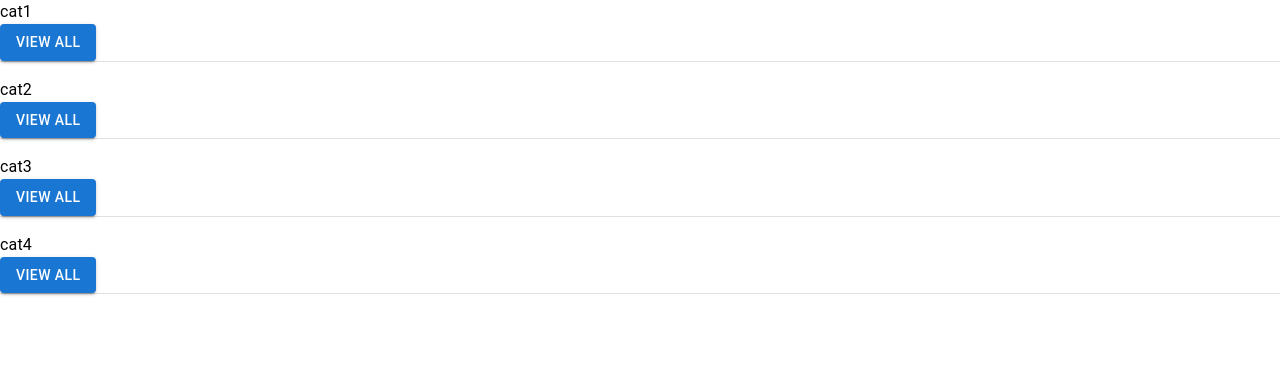
Repository: robin-fareye/reactjs-frontend-flipzone
Page: /
The author's editor kept a copy of each file at every save. The page is drawn from the files as they stood at one save, then again after a run of saves.
The browser window is 1280 px wide. The pictures show the whole page.
The project was rebuilt for these pictures with package versions that can differ from the ones it lists, and the page was loaded fresh each time. Also part of the build but not shown: src/App.css, src/component/auth/Login.css, src/api/Login.js, src/component/auth/Login.js, src/component/category/Category.css, src/component/category/Category.js, src/component/header/Header.css, src/component/header/Header.js and 7 more.

Above is the page before, as saved 2022-11-14 16:20:19.

After the next 2 saves:
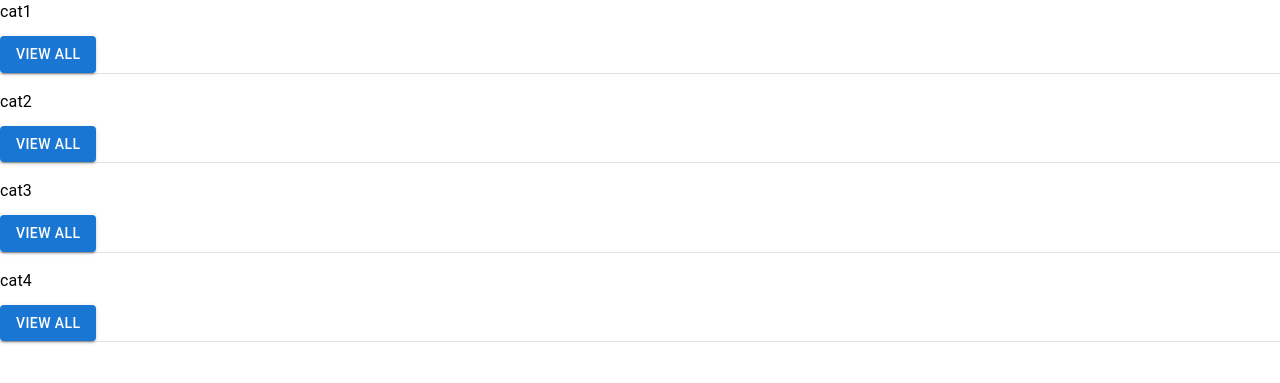
The 2 saves are shown as one change because they came seconds apart.
The last was saved 18 s later.
--- a/src/component/helper/Slide.js
+++ b/src/component/helper/Slide.js
@@ -1,6 +1,7 @@
 import React from 'react';
 import { Box, Typography, Button, Divider, makeStyles } from '@mui/material';
 import Carousel from 'react-multi-carousel';
+import './Slide.css';
 
 const responsive = {
     desktop: {
